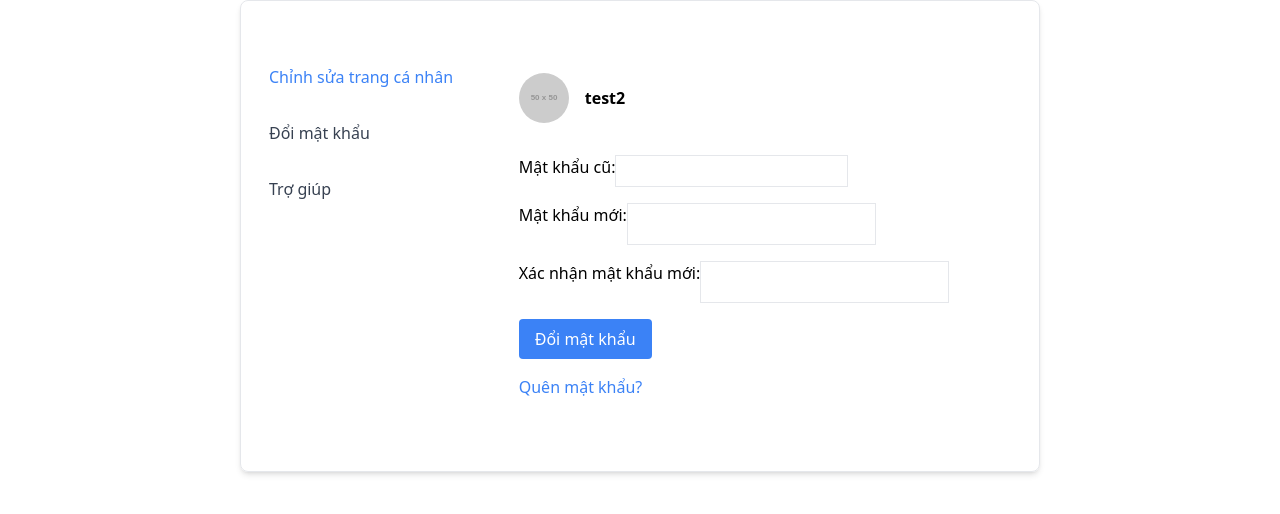
Repository: DangNgocDuong250903/2425_CS445AC_NHOM1
Page: /changepassword (app in social_fe/)
These files come from the project's save history. The page is drawn as it stood at one moment and after a run of saves; the edit follows.
The browser window is 1280 px wide. The pictures show the whole page.
The project was rebuilt for these pictures with package versions that can differ from the ones it lists, and the page was loaded fresh each time. Also part of the build but not shown: social_fe/vite.config.js, social_fe/src/components/Button/index.jsx, social_fe/src/assets/index.js, social_fe/src/components/FriendCard/index.jsx, social_fe/src/components/Loading/index.jsx, social_fe/src/components/PostCard/index.jsx, social_fe/src/components/ProfileCard/index.jsx, social_fe/src/components/TextInput/index.jsx and 9 more.

Above is the page before, as saved 2024-11-05 16:45:16.

After the next 4 saves:
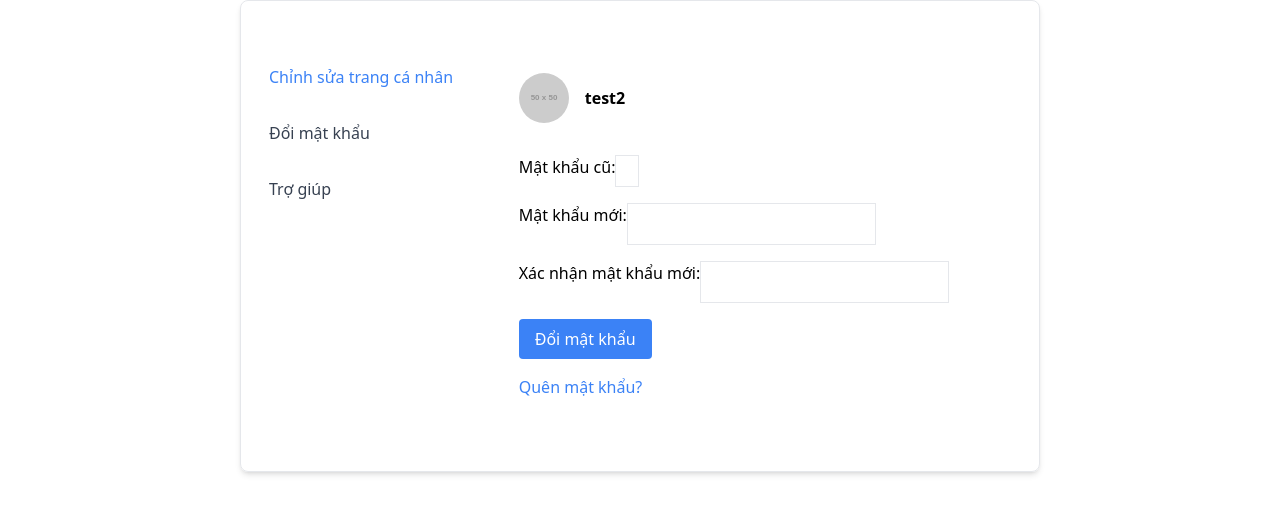
The 4 saves are shown as one change because they came seconds apart.
The last was saved 16 s later.
--- a/social_fe/src/pages/ProfilePage/ChangePassword.jsx
+++ b/social_fe/src/pages/ProfilePage/ChangePassword.jsx
@@ -45,7 +45,7 @@ const ChangePassword = () => {
                 </div>
                 <div className="flex mb-4 ">
                     <label className="mb-2 ">Mật khẩu cũ:</label>
-                    <input type="password" className="border " />
+                    <input type="password" className="w-6 border" />
                 </div>
                 <div className="flex mb-4 ju">
                     <label className="block mb-2">Mật khẩu mới:</label>
